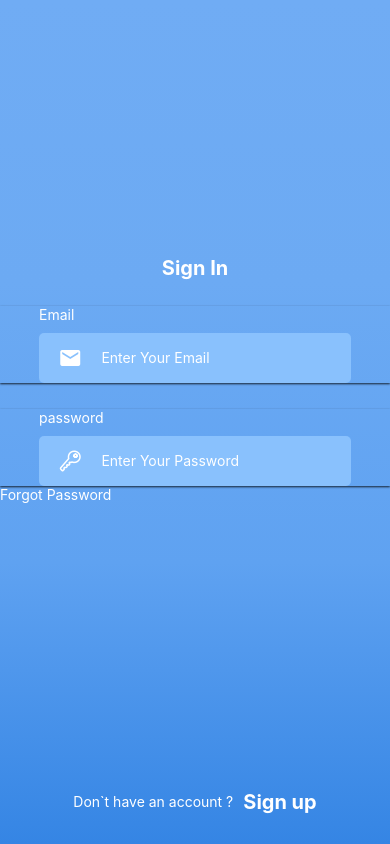
Repository: kamarajcalm/loginpage
Screen: /
An editor plug-in stored every save of this project. The screen is shown before and after the next save, followed by the edit.
The app was drawn by React Native's web renderer in a window 390 px wide. The project was rebuilt for these pictures with package versions that can differ from the ones it lists, and the page was loaded fresh each time.

Above is the screen before, as saved 2021-12-26 00:15:50.

After the next save:
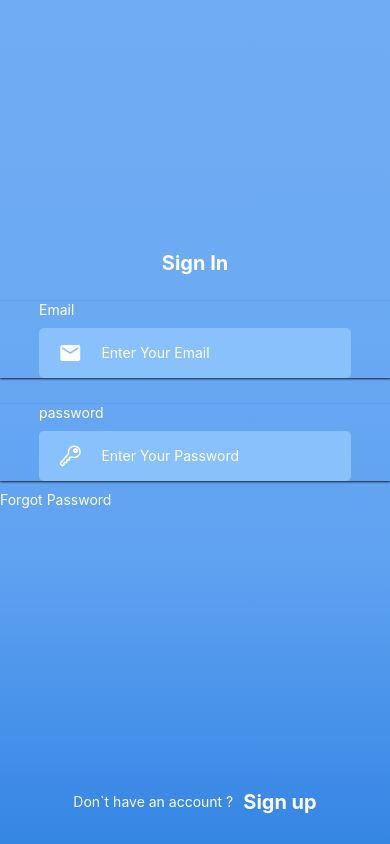
Saved 14 s later.
--- a/App.js
+++ b/App.js
@@ -63,7 +63,7 @@ export default function App() {
           </View>
         </View>
 
-        <View>
+        <View style={{ marginTop: 10 }}>
           <TouchableOpacity>
             <Text style={[styles.text]}>Forgot Password</Text>
           </TouchableOpacity>
